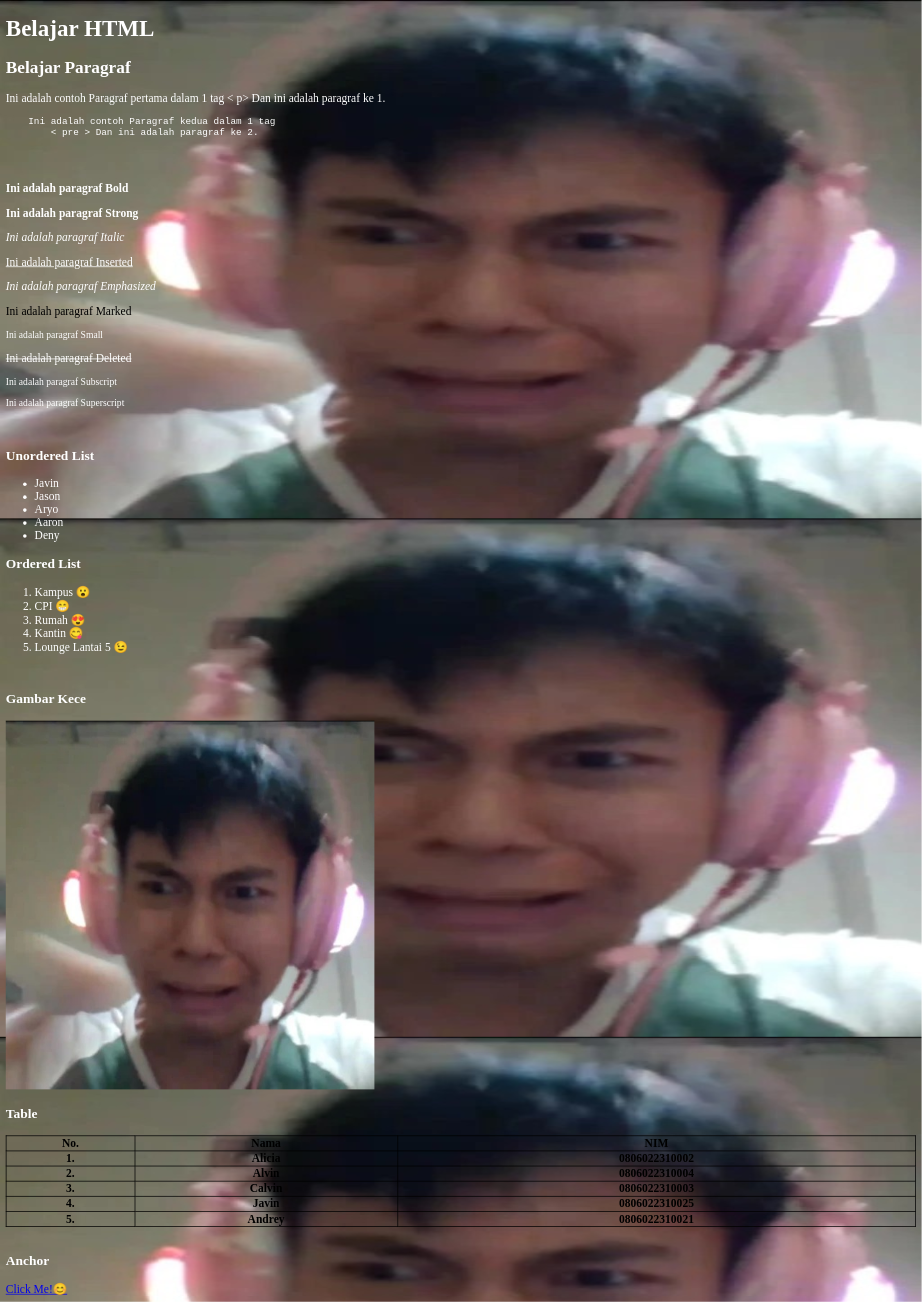
Repository: Gibekkk/WebPro
Page: Tugas HTML 1/index.html
The author's editor kept a copy of each file at every save. The page is drawn from the files as they stood at one save, then again after the next save.
The browser window is 1280 px wide. The pictures show the whole page, at 72% of full size.
Backgrounds fixed to the window are drawn as part of the page.

Above is the page before, as saved 2024-03-25 10:42:13.

### Tugas HTML 1/index.html
<!DOCTYPE html>
<html lang="en">

<head>
    <meta charset="UTF-8">
    <meta name="viewport" content="width=device-width, initial-scale=1.0">
    <title>Document</title>
    <style>
        table,
        td,
        tr,
        th {
            border: 1px solid black;
            color: black;
            font-weight: 600;
            border-collapse: collapse;
        }

        table {
            width: 100%;
            text-align: center;
        }
    </style>
</head>

<body style="background-image: url(javin.jpg); background-repeat: no-repeat; background-size: 100%; background-attachment: fixed; color: white">
    <h1>Belajar HTML</h1>
    <h2>Belajar Paragraf</h2>
    <p>Ini adalah contoh Paragraf pertama dalam 1 tag
        < p> Dan ini adalah paragraf ke 1.</p>
    <pre>
    Ini adalah contoh Paragraf kedua dalam 1 tag
        < pre > Dan ini adalah paragraf ke 2.
    </pre>
    <br>

    <b>
        <p>Ini adalah paragraf Bold</p>
    </b>
    <strong>
    <p>Ini adalah paragraf Strong</p>
    </strong>
    <i>
    <p>Ini adalah paragraf Italic</p>
    </i>
    <ins>
    <p>Ini adalah paragraf Inserted</p>
    </ins>
    <em>
    <p>Ini adalah paragraf Emphasized</p>
    </em>
    <mark>
        <p>Ini adalah paragraf Marked</p>
    </mark>
    <small>
        <p>Ini adalah paragraf Small</p>
    </small>
    <del>
        <p>Ini adalah paragraf Deleted</p>
    </del>
    <sub>
        <p>Ini adalah paragraf Subscript</p>
    </sub>
    <sup>
        <p>Ini adalah paragraf Superscript</p>
    </sup>
    <br>

    <h3>Unordered List</h3>
    <ul>
        <li>Javin</li>
        <li>Jason</li>
        <li>Aryo</li>
        <li>Aaron</li>
        <li>Deny</li>
    </ul>
    <h3>Ordered List</h3>
    <ol>
        <li>Kampus 😮</li>
        <li>CPI 😁</li>
        <li>Rumah 😍</li>
        <li>Kantin 😋</li>
        <li>Lounge Lantai 5 😉</li>
    </ol>
    <br>

    <h3>Gambar Kece</h3>
    <img src="javin.jpg" alt="Javin" title="Javin">
    <br>

    <h3>Table</h3>
    <table>
        <tr>
            <th>No.</th>
            <th>Nama</th>
            <th>NIM</th>
        </tr>
        <tr>
            <td>1.</td>
            <td>Alicia</td>
            <td>0806022310002</td>
        </tr>
        <tr>
            <td>2.</td>
            <td>Alvin</td>
            <td>0806022310004</td>
        </tr>
        <tr>
            <td>3.</td>
            <td>Calvin</td>
            <td>0806022310003</td>
        </tr>
        <tr>
            <td>4.</td>
            <td>Javin</td>
            <td>0806022310025</td>
        </tr>
        <tr>
            <td>5.</td>
            <td>Andrey</td>
            <td>0806022310021</td>
        </tr>
    </table>
    <br>

    <h3>Anchor</h3>
    <a href="https://tv.lk21official.mom/">Click Me!😊</a>
</body>

</html>

After the next save:
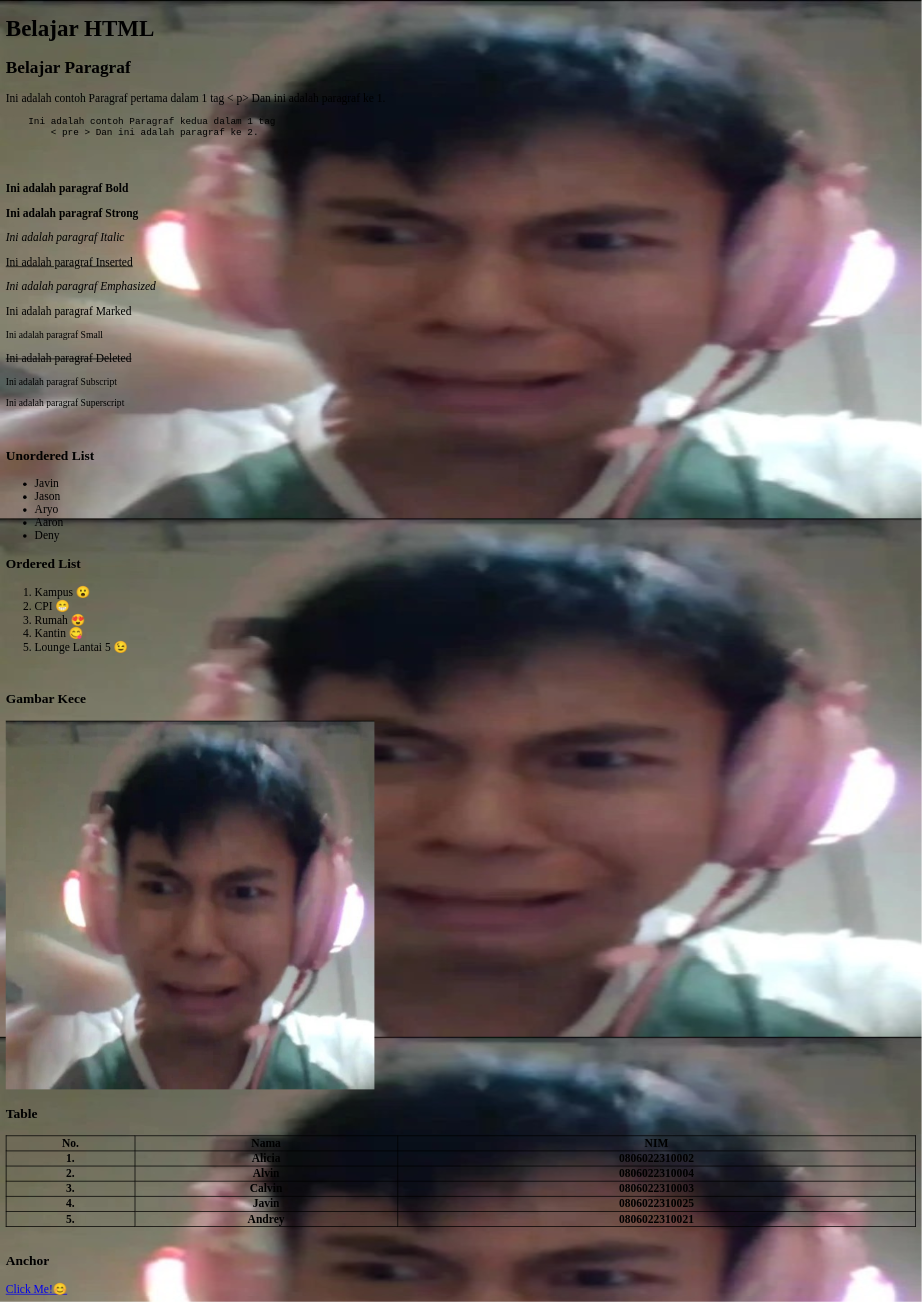
Saved 7 s later.
--- a/Tugas HTML 1/index.html
+++ b/Tugas HTML 1/index.html
@@ -23,7 +23,7 @@
     </style>
 </head>
 
-<body style="background-image: url(javin.jpg); background-repeat: no-repeat; background-size: 100%; background-attachment: fixed; color: white">
+<body style="background-image: url(javin.jpg); background-repeat: no-repeat; background-size: 100%; background-attachment: fixed; color: white back">
     <h1>Belajar HTML</h1>
     <h2>Belajar Paragraf</h2>
     <p>Ini adalah contoh Paragraf pertama dalam 1 tag

After the save that followed:
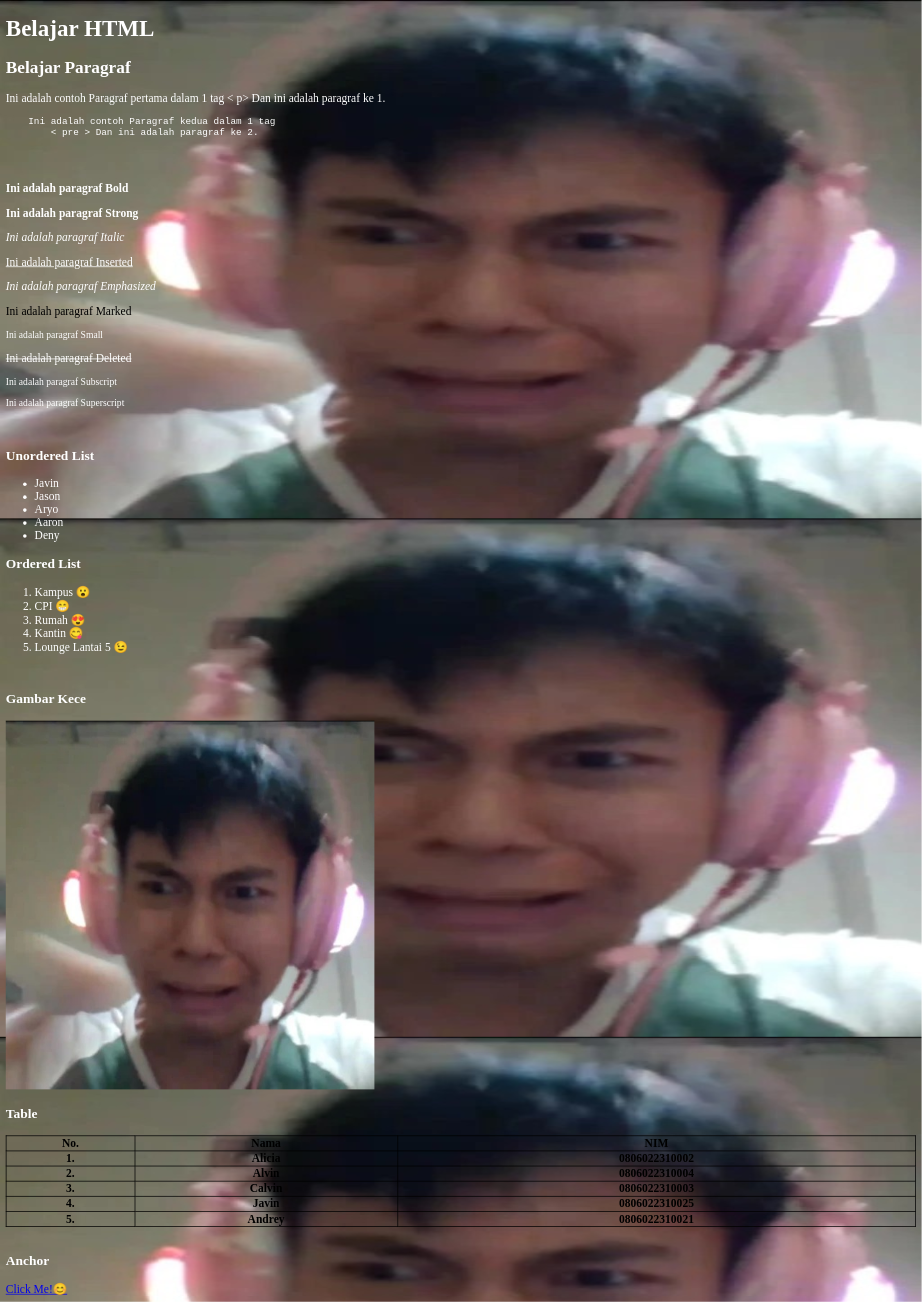
Saved 9 s later.
--- a/Tugas HTML 1/index.html
+++ b/Tugas HTML 1/index.html
@@ -23,7 +23,7 @@
     </style>
 </head>
 
-<body style="background-image: url(javin.jpg); background-repeat: no-repeat; background-size: 100%; background-attachment: fixed; color: white back">
+<body style="background-image: url(javin.jpg); background-repeat: no-repeat; background-size: 100%; background-attachment: fixed; color: white;">
     <h1>Belajar HTML</h1>
     <h2>Belajar Paragraf</h2>
     <p>Ini adalah contoh Paragraf pertama dalam 1 tag
